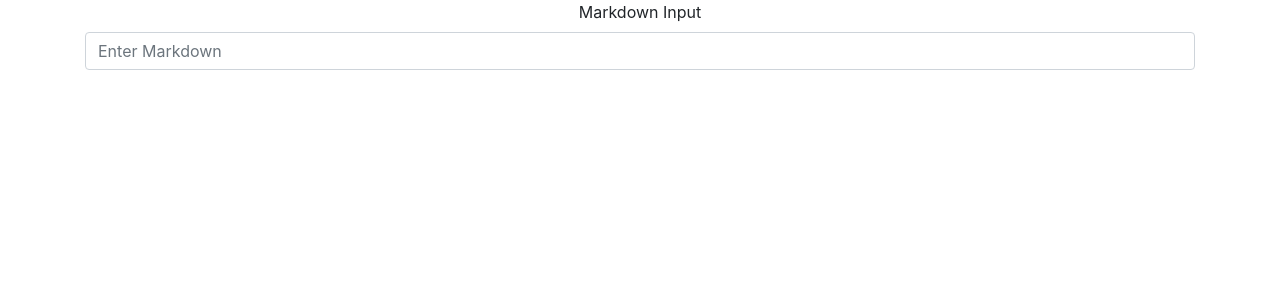
Repository: hoangphuong965/markdown
Page: /
An editor plug-in stored every save of this project. The page is shown before and after the next save, followed by the edit.
The browser window is 1280 px wide. The pictures show the whole page.
The project was rebuilt for these pictures with package versions that can differ from the ones it lists, and the page was loaded fresh each time.

Above is the page before, as saved 2020-07-09 08:14:10.

After the next save:
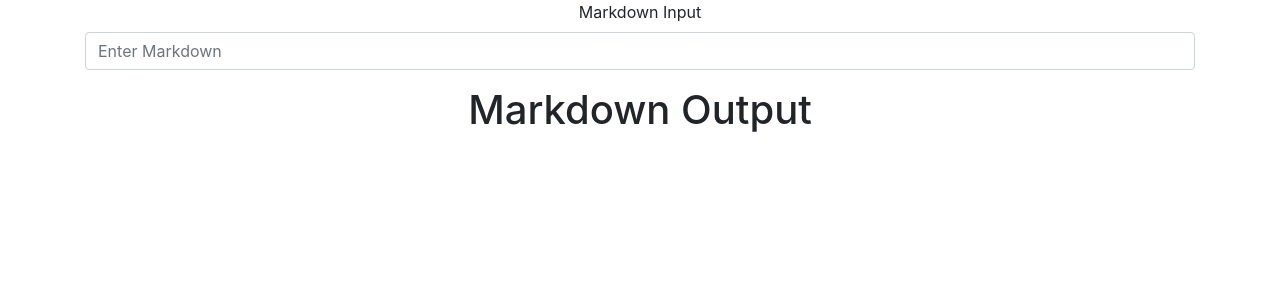
Saved 8 s later.
--- a/src/App.js
+++ b/src/App.js
@@ -16,7 +16,7 @@ class App extends Component {
           </FormGroup>
         </div>
         <div>
-          <h1></h1>
+          <h1>Markdown Output</h1>
         </div>
       </div>
     );
